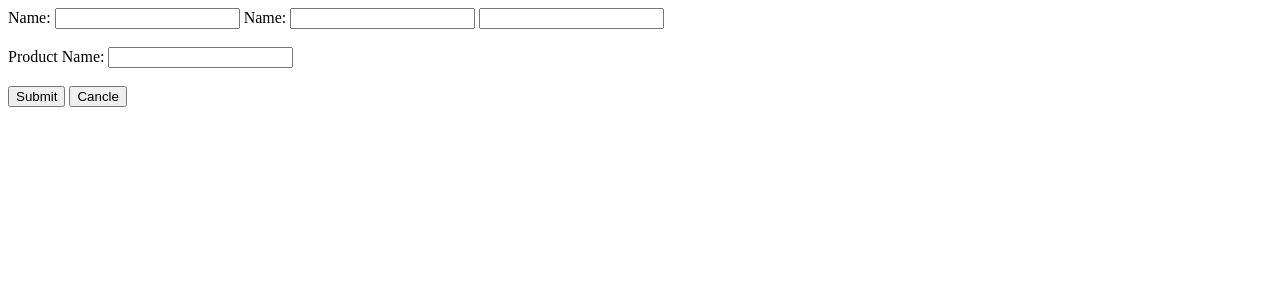
Repository: SamaDabagh/Lab5WebServicesSamanehDabbaghchi
Page: WebHelloFormRESTProject/src/main/webapp/HelloFormUsingGET.html
The author's editor kept a copy of each file at every save. The page is drawn from the files as they stood at one save, then again after the next save.
The browser window is 1280 px wide. The pictures show the whole page.

Above is the page before, as saved 2023-07-12 12:54:53.

### WebHelloFormRESTProject/src/main/webapp/HelloFormUsingGET.html
<!DOCTYPE html>
<html>
<head>
<meta charset="UTF-8">
<title>Hello Form</title>
</head>
<body>

<form method="get" action= "http://localhost:8080/WebHelloFormRESTProject/rest/WebHelloForm/HelloParameter" >
    <label for="Name">Name: <input type="text" name="Name" size="20"></label>
    <label for="productId">Name: <input type="text" name="Nqame" size="20"></label>

    <input type="text" id="productId" name="productId" required><br><br>

    <label for="productName">Product Name:</label>
    <input type="text" id="productName" name="productName" required><br><br>


    <input type="submit" name="submit" value="Submit">
    <input type="reset" value="Cancle">

</form>
</body>
</html>

After the next save:
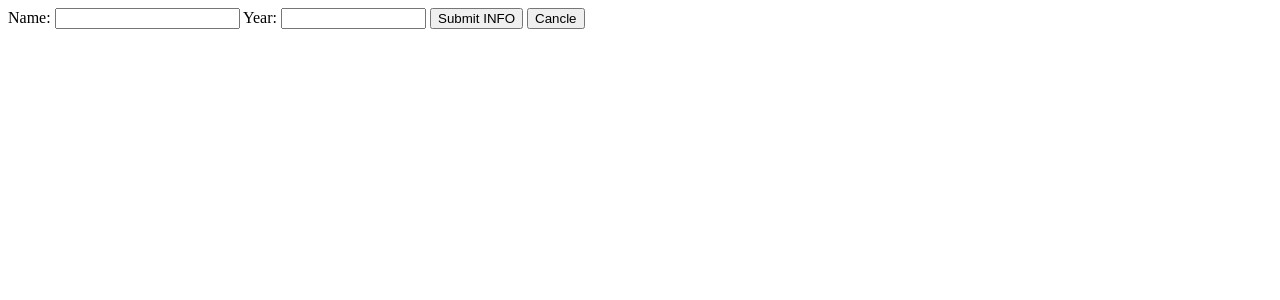
Saved 3 h 46 min later.
--- a/WebHelloFormRESTProject/src/main/webapp/HelloFormUsingGET.html
+++ b/WebHelloFormRESTProject/src/main/webapp/HelloFormUsingGET.html
@@ -7,17 +7,12 @@
 <body>
 
 <form method="get" action= "http://localhost:8080/WebHelloFormRESTProject/rest/WebHelloForm/HelloParameter" >
-    <label for="Name">Name: <input type="text" name="Name" size="20"></label>
-    <label for="productId">Name: <input type="text" name="Nqame" size="20"></label>
 
-    <input type="text" id="productId" name="productId" required><br><br>
+    <label for="Name"> Name: <input type="text" name="Name" size="20"></label>
+    <label for="Year">Year: <input type="text" name="Year" size="15"></label>
 
-    <label for="productName">Product Name:</label>
-    <input type="text" id="productName" name="productName" required><br><br>
-
-
-    <input type="submit" name="submit" value="Submit">
-    <input type="reset" value="Cancle">
+    <input type="submit" name="submit" value="Submit INFO">
+    <input type="reset" name="cancle" value="Cancle">
 
 </form>
 </body>
